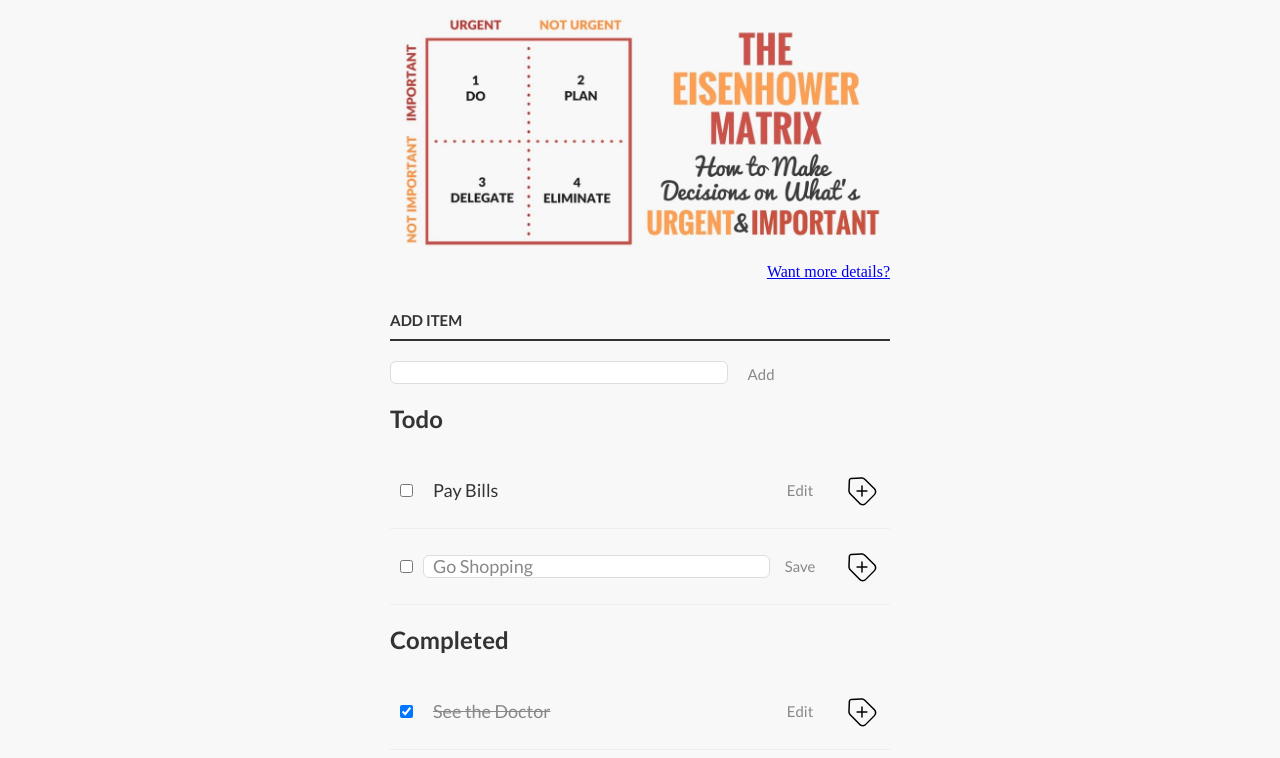
Repository: dev1siWoo/clean-code-s1e1
Page: index.html
An editor plug-in stored every save of this project. The page is shown before and after the next save, followed by the edit.
The browser window is 1280 px wide. The pictures show the whole page.

Above is the page before, as saved 2024-01-08 22:45:28.

### index.html
<!DOCTYPE html>
<html>
    <head>
        <title>Todo App</title>
        <link
            href="https://fonts.googleapis.com/css?family=Lato:300,400,700"
            rel="stylesheet"
        >
        <link
            rel="stylesheet"
            href="style.css"
            media="screen"
            charset="utf-8"
        >
    </head>
    <body>
        <header class="header">
            <img src="./eisenhower-matrix.jpg" alt="eisenhower-matrix">
            <a class="link" href="https://goal-life.com/page/method/matrix-eisenhower">Want more details?</a>
        </header>
        <main class="main-page">
            <section id="adding-section">
                <label for="new-task">Add Item</label>
                <div class="add-wrapper">
                    <input id="new-task"class="task" type="text">
                    <button>Add</button>
                </div>
            </section>
            <h2>Todo</h2>
            <ul id="incomplete-tasks">
                <li>
                    <input type="checkbox">
                    <label class="task">Pay Bills</label>
                    <input type="text" class="task">
                    <button class="edit">Edit</button>
                    <button class="delete">
                        <img src="./remove.svg" alt="delete button">
                    </button>
                </li>
                <li class="edit-mode">
                    <input type="checkbox">
                    <label class="task">Go Shopping</label>
                    <input type="text" value="Go Shopping" class="task">
                    <button class="edit">Save</button>
                    <button class="delete">
                        <img src="./remove.svg" alt="delete button">
                    </button>
                </li>
            </ul>
            <h2>Completed</h2>
            <ul id="completed-tasks">
                <li>
                    <input type="checkbox" checked>
                    <label class="task">See the Doctor</label>
                    <input type="text" class="task">
                    <button class="edit">Edit</button>
                    <button class="delete">
                        <img src="./remove.svg" alt="delete button">
                    </button>
                </li>
            </ul>
        </main>
        <script src="app.js"></script>
    </body>
</html>

### style.css
/* Basic Style */
body {
  background-color: #f8f8f8;
  color: #333;
  font-family: Lato, sans-serif;
}
.header {
  width: 500px;
  margin: 0 auto;
  display: block;
  text-align: right;
}
.header img {
  width: 100%;
}
.header .link {
  font-family: fantasy, cursive;
}

@media (max-width: 768px) {
  .header {
    text-align: center;
  }
}
.main-page {
  display: block;
  width: 500px;
  margin: 0 auto 0;
}
.task {
  width: 56%;
  display: inline-block;
  flex-grow: 1;
}
.task-row-wrapper {
  display: flex;
}
ul {
  margin: 0;
  padding: 0px;
}
li,
h3 {
  list-style: none;
}
input,
button{
  outline: none;
}
button {
  background: none;
  border: 0px;
  color: #888;
  font-size: 15px;
  width: 60px;
  font-family: Lato, sans-serif;
  cursor: pointer;
}
button:hover {
  color: #3a3a3a;
}
/* Heading */
h3,
label[for='new-task'] {
  color: #333;
  font-weight: 700;
  font-size: 15px;
  border-bottom: 2px solid #333;
  padding: 30px 0 10px;
  margin: 0;
  text-transform: uppercase;
}
input[type="text"] {
  margin: 0;
  font-size: 18px;
  line-height: 18px;
  height: 21px;
  padding: 0 9px;
  border: 1px solid #ddd;
  background: #fff;
  border-radius: 6px;
  font-family: Lato, sans-serif;
  color: #888;
}
input[type="text"]:focus {
  color: #333;
}

/* New Task */
label[for="new-task"] {
  display: block;
  margin: 0 0 20px;
}
input#new-task {
  width: 318px;
}

/* Task list */
li {
  overflow: hidden;
  padding: 20px 0;
  border-bottom: 1px solid #eee;
  display: flex;
  justify-content: space-between;
  align-items: center;
}
li > * {
  vertical-align: middle;
}

li > input[type="checkbox"] {
  margin: 0 10px;
}
li > label {
  padding-left: 10px;
  box-sizing: border-box;
  font-size: 18px;
  width: 226px;
}
li >    input[type="text"] {
  width: 226px;
}
button.delete img {
  height: 2em;
  transform: rotateZ(45deg);
  transition: transform 200ms ease-in;
}
button.delete img:hover {
  transform: rotateZ(0);
}

/* Completed */
ul#completed-tasks label {
  text-decoration: line-through;
  color: #888;
}

/* Edit Task */
ul li input[type="text"] {
  display: none;
}

ul li.edit-mode input[type="text"] {
  display: inline-block;
  width: 224px;
}

ul li.edit-mode label {
  display: none;
}

### app.js
//Document is the DOM can be accessed in the console with document.window.
// Tree is from the top, html, body, p etc.

//Problem: User interaction does not provide the correct results.
//Solution: Add interactivity so the user can manage daily tasks.
//Break things down into smaller steps and take each step at a time.


// Event handling, user interaction is what starts the code execution.

var taskInput=document.getElementById("new-task");//Add a new task.
var addButton=document.getElementsByTagName("button")[0];//first button
var incompleteTaskHolder=document.getElementById("incomplete-tasks");//ul of #incomplete-tasks
var completedTasksHolder=document.getElementById("completed-tasks");//completed-tasks


//New task list item
var createNewTaskElement=function(taskString){

    var listItem=document.createElement("li");

    //input (checkbox)
    var checkBox=document.createElement("input");//checkbx
    //label
    var label=document.createElement("label");//label
    //input (text)
    var editInput=document.createElement("input");//text
    //button.edit
    var editButton=document.createElement("button");//edit button

    //button.delete
    var deleteButton=document.createElement("button");//delete button
    var deleteButtonImg=document.createElement("img");//delete button image

    label.innerText=taskString;
    label.className='task';

    //Each elements, needs appending
    checkBox.type="checkbox";
    editInput.type="text";
    editInput.className="task";

    editButton.innerText="Edit"; //innerText encodes special characters, HTML does not.
    editButton.className="edit";

    deleteButton.className="delete";
    deleteButtonImg.src='./remove.svg';
    deleteButtonImg.setAttribute('alt', 'delete button');
    deleteButton.appendChild(deleteButtonImg);


    //and appending.
    listItem.appendChild(checkBox);
    listItem.appendChild(label);
    listItem.appendChild(editInput);
    listItem.appendChild(editButton);
    listItem.appendChild(deleteButton);
    return listItem;
}



var addTask=function(){
    console.log("Add Task...");
    //Create a new list item with the text from the #new-task:
    if (!taskInput.value) return;
    var listItem=createNewTaskElement(taskInput.value);

    //Append listItem to incompleteTaskHolder
    incompleteTaskHolder.appendChild(listItem);
    bindTaskEvents(listItem, taskCompleted);

    taskInput.value="";

}

//Edit an existing task.

var editTask=function(){
    console.log("Edit Task...");
    console.log("Change 'edit' to 'save'");


    var listItem=this.parentNode;

    var editInput=listItem.querySelector('input[type=text]');
    var label=listItem.querySelector("label");
    var editBtn=listItem.querySelector(".edit");
    var containsClass=listItem.classList.contains("edit-mode");
    //If class of the parent is .edit-mode
    if(containsClass){

        //switch to .edit-mode
        //label becomes the inputs value.
        label.innerText=editInput.value;
        editBtn.innerText="Edit";
    }else{
        editInput.value=label.innerText;
        editBtn.innerText="Save";
    }

    //toggle .edit-mode on the parent.
    listItem.classList.toggle("edit-mode");
};


//Delete task.
var deleteTask=function(){
    console.log("Delete Task...");

    var listItem=this.parentNode;
    var ul=listItem.parentNode;
    //Remove the parent list item from the ul.
    ul.removeChild(listItem);

}


//Mark task completed
var taskCompleted=function(){
    console.log("Complete Task...");

    //Append the task list item to the #completed-tasks
    var listItem=this.parentNode;
    completedTasksHolder.appendChild(listItem);
    bindTaskEvents(listItem, taskIncomplete);

}


var taskIncomplete=function(){
    console.log("Incomplete Task...");
//Mark task as incomplete.
    //When the checkbox is unchecked
    //Append the task list item to the #incomplete-tasks.
    var listItem=this.parentNode;
    incompleteTaskHolder.appendChild(listItem);
    bindTaskEvents(listItem,taskCompleted);
}



var ajaxRequest=function(){
    console.log("AJAX Request");
}

//The glue to hold it all together.


//Set the click handler to the addTask function.
addButton.onclick=addTask;
addButton.addEventListener("click",addTask);
addButton.addEventListener("click",ajaxRequest);


var bindTaskEvents=function(taskListItem,checkBoxEventHandler){
    console.log("bind list item events");
//select ListItems children
    var checkBox=taskListItem.querySelector("input[type=checkbox]");
    var editButton=taskListItem.querySelector("button.edit");
    var deleteButton=taskListItem.querySelector("button.delete");


    //Bind editTask to edit button.
    editButton.onclick=editTask;
    //Bind deleteTask to delete button.
    deleteButton.onclick=deleteTask;
    //Bind taskCompleted to checkBoxEventHandler.
    checkBox.onchange=checkBoxEventHandler;
}

//cycle over incompleteTaskHolder ul list items
//for each list item
for (var i=0; i<incompleteTaskHolder.children.length;i++){

    //bind events to list items chldren(tasksCompleted)
    bindTaskEvents(incompleteTaskHolder.children[i],taskCompleted);
}




//cycle over completedTasksHolder ul list items
for (var i=0; i<completedTasksHolder.children.length;i++){
    //bind events to list items chldren(tasksIncompleted)
    bindTaskEvents(completedTasksHolder.children[i],taskIncomplete);
}




// Issues with usability don't get seen until they are in front of a human tester.

//prevent creation of empty tasks.

//Change edit to save when you are in edit mode.

After the next save:
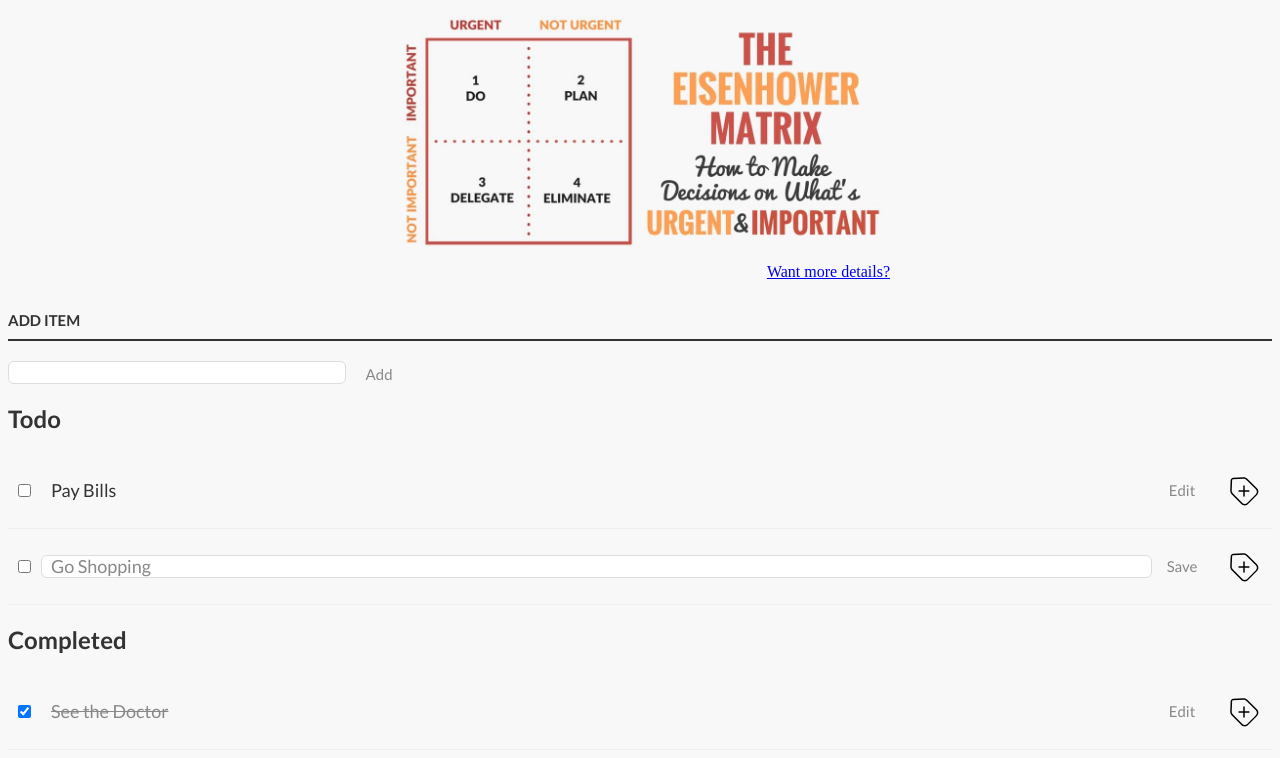
Saved 19 s later.
--- a/index.html
+++ b/index.html
@@ -18,7 +18,7 @@
             <img src="./eisenhower-matrix.jpg" alt="eisenhower-matrix">
             <a class="link" href="https://goal-life.com/page/method/matrix-eisenhower">Want more details?</a>
         </header>
-        <main class="main-page">
+        <main class="main">
             <section id="adding-section">
                 <label for="new-task">Add Item</label>
                 <div class="add-wrapper">

After the save that followed:
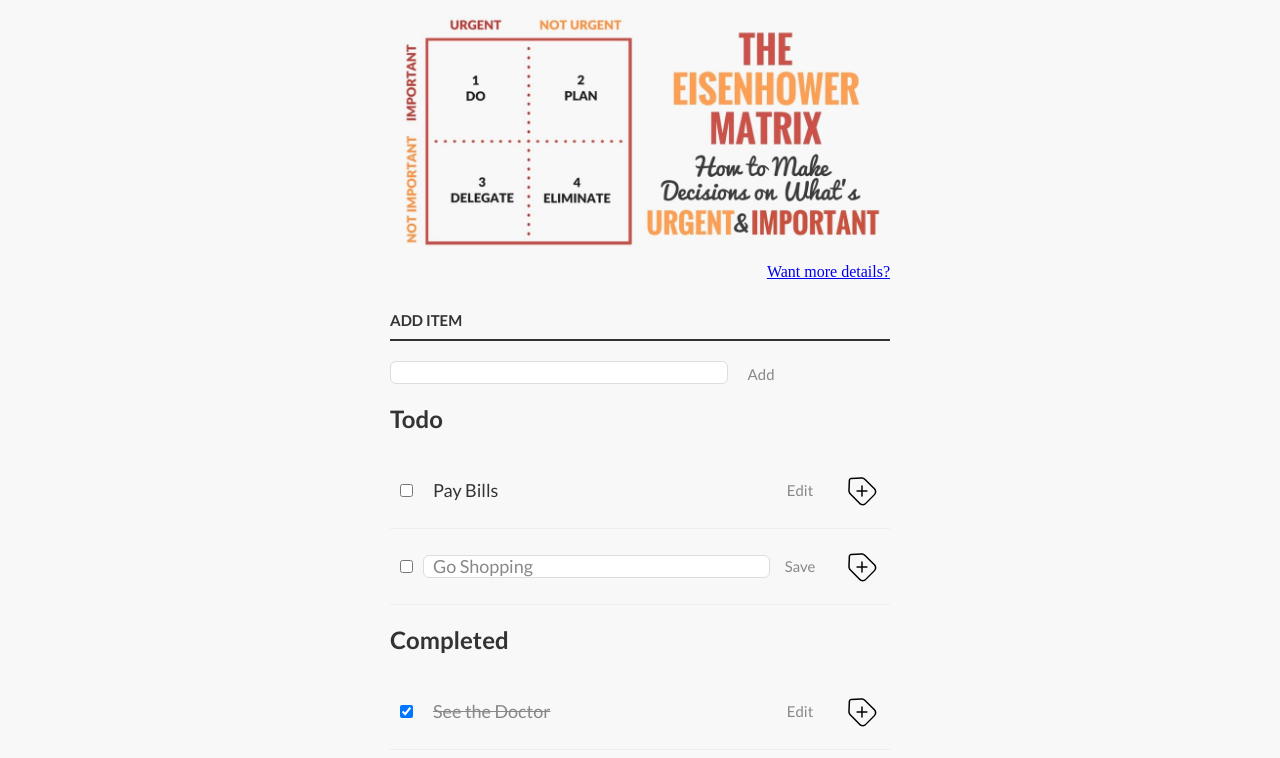
Saved 18 s later.
--- a/style.css
+++ b/style.css
@@ -22,7 +22,7 @@
     text-align: center;
   }
 }
-.main-page {
+.main {
   display: block;
   width: 500px;
   margin: 0 auto 0;
